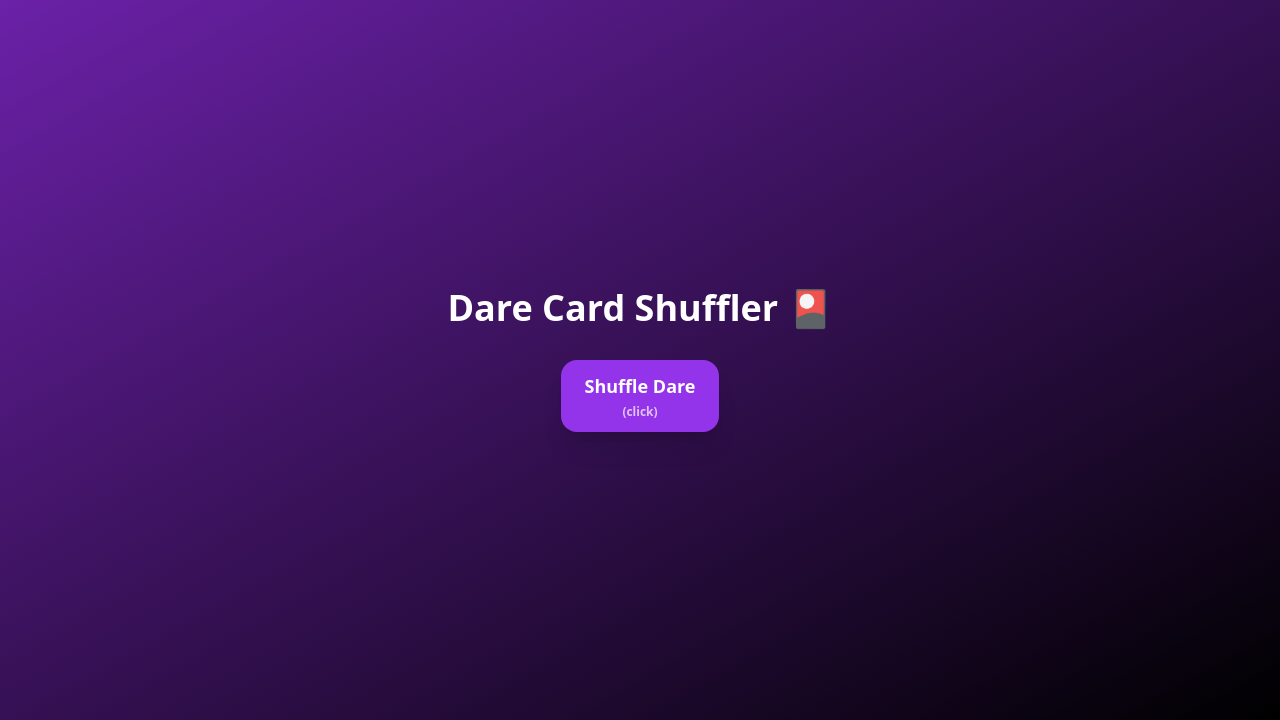
Repository: Thebilliontech/wheel-game
Page: /
An editor plug-in stored every save of this project. The page is shown before and after the next save, followed by the edit.
The browser window is 1280 px wide. The pictures show the whole page.
The project was rebuilt for these pictures with package versions that can differ from the ones it lists, and the page was loaded fresh each time. Also part of the build but not shown: vite.config.js.

Above is the page before, as saved 2025-11-27 03:09:27.

### index.html
<!DOCTYPE html>
<html lang="en">
  <head>
    <meta charset="UTF-8" />
    <meta name="viewport" content="width=device-width, initial-scale=1.0" />
    <title>Dark Wheel Dare Game</title>
  </head>
  <body class="min-h-screen">
    <div id="root"></div>
    <script type="module" src="/src/main.jsx"></script>
  </body>
</html>

### src/App.jsx
import { useState, useRef } from "react";
import { motion, AnimatePresence } from "framer-motion";

export default function DareCardGame() {
  const [result, setResult] = useState(null);
  const [shuffling, setShuffling] = useState(false);

  // Normal dares
  const dares = [
    "Kiss your three favorite body parts of a partners body.",
    "You have ten seconds pick a partner and excite just by kissing. Hint: You're not limited to lips.",
    "Imitate your most flexible sex move.",
    "Play a song you’d like to have sex to.",
    "Using your fingers, find a way to give any partner of your choice goosebumps right now.",
    "Demonstrate a move on any partner of your choice that you saw and liked while watching porn.",
    "Give  any partner of your choice a sensual massage. Start at their feet and work your way up.",
    "For the next 60 seconds, touch yourself like you’d like to touch  any partner of your choice.",
    "play a round of Never Have I Ever. First person to put down all five fingers owes the dare owner a sexual favor of their choice.",
    "Spell out a short, sultry message on  any partner of your choice body…with your tongue.",
    "Initiate a role-play scenario and make  any partner of your choice guess what your character is.",
    "listen to the same audio porn on opposite sides of the room.",
    "pour alcohol in your mouth and go down on  any partner of your choice for 15 seconds.",
    "Remove a piece of clothing from another player without using your hands.",
    "Lick the earlobes of all the players of the opposite sex.",
    "Bite the tip of the tongue from the player of opposite sex in front of you.",
    "The player on your right gets to touch your bum for 30 seconds.",
    "Go to another room, take a sexy picture and send it to one of your co-players.",
    "Take a body shot, you may choose the person. ",
    "Lick the tip of the tongue of the player in front of you (OSex).",
    "Do a French kiss with the player sitting in front of you.(OSex).",
    "Kiss any player of your choice on the mouth.",
    "Give the player to you right a body-to-body massage (30 sec). (op).",
    "Pretend to have the worst sex ever with the player on your left. (OS).",
    "Lick the neck of all the players of the opposite sex.",
    "Kiss the player in front of you on the mouth.",
    "Take a pen and paper and draw your penis/vagina.",
    "Give the group your naughtiest look. ",
    "Massage the legs of the player on your left.",
    "Look into the eyes of the player on your left and tell him/her: You make me horny/sick/sleepy.",
    "Sit on the lap of the player on your right for one round.",
    "Fake an orgasm, while simulating a sexual position.",
    "Perform a motorboat on somebody. If you are a girl let someone motorboat you.",
    "Give another player of the same sex a big kiss on the mouth.(girls only)",
    "Get blindfolded. All players of opposite sex have to kiss you and you have to guess who it is. Each wrong answer means a shot.",
    "Take one of your co-players into another room and give him/her a sensual massage. (60sec.)",
    "Seduce the player on your right.",
    "Call a sex club and apply for a job. Stay on the phone for at least 1 minute.",
    "Choose a female player and take off her bra using one hand.",
    "Suck a finger of the player in front of you, of the opposite sex. (15sec.)",
    "The player on your right has to spank you.",
    "Give the player on your right a professional erotic massage.",
  ];

  // Secret dares (hidden)
  const secretDares = [
    "pick a partner and do a quickie with them",
    "Go to a room with a partner and both of you should be naked",
    "pick two players, pick one to kiss you, another to rub your pussy/dick",
    "pick a partner to suck you",
    "pick a partner to fuck you",
  ];

  // Ref for hold timer and tracking
  const holdTimer = useRef(null);
  const holdStartTime = useRef(null);
  const secretDareActivated = useRef(false);

  const handleHoldStart = () => {
    secretDareActivated.current = false;
    holdStartTime.current = Date.now();

    holdTimer.current = setTimeout(() => {
      // 3 seconds have passed, trigger secret dare
      secretDareActivated.current = true;
      pickDare(true); // secret dare
      holdStartTime.current = null;
    }, 2000); // 3 seconds
  };

  const handleHoldEnd = () => {
    const holdDuration = holdStartTime.current ? Date.now() - holdStartTime.current : 0;

    if (holdTimer.current) {
      clearTimeout(holdTimer.current);
      holdTimer.current = null;
    }

    // If secret dare was already activated, don't trigger normal dare
    if (secretDareActivated.current) {
      secretDareActivated.current = false;
      holdStartTime.current = null;
      return;
    }

    // If held for less than 3 seconds, trigger normal dare
    if (holdStartTime.current && holdDuration < 3000) {
      pickDare(false); // normal dare
    }

    holdStartTime.current = null;
  };

  const pickDare = (secret = false) => {
    setShuffling(true);
    setResult(null);

    setTimeout(() => {
      let picked;

      if (secret) {
        picked = secretDares[Math.floor(Math.random() * secretDares.length)];
      } else {
        picked = dares[Math.floor(Math.random() * dares.length)];
      }

      setResult(picked);
      setShuffling(false);
    }, 1500);
  };

  return (
    <div className="min-h-screen w-full bg-gradient-to-br from-purple-800 to-black flex flex-col items-center justify-center p-6 text-white font-sans">

      {/* TITLE */}
      <motion.h1
        initial={{ opacity: 0, y: -20 }}
        animate={{ opacity: 1, y: 0 }}
        className="text-4xl font-bold mb-8 text-center"
      >
        Dare Card Shuffler 🎴
      </motion.h1>

      {/* SHUFFLE BUTTON */}
      <motion.button
        onMouseDown={handleHoldStart}
        onTouchStart={handleHoldStart}
        onMouseUp={handleHoldEnd}
        onMouseLeave={handleHoldEnd}
        onTouchEnd={handleHoldEnd}
        whileTap={{ scale: 0.95 }}
        className="bg-purple-600 hover:bg-purple-500 px-6 py-3 rounded-2xl shadow-xl text-lg font-semibold relative select-none"
      >
        Shuffle Dare
        <span className="block text-xs mt-1 opacity-70">(click)</span>
      </motion.button>

      {/* SHUFFLING TEXT */}
      <AnimatePresence>
        {shuffling && (
          <motion.div
            key="shuffle"
            initial={{ opacity: 0, scale: 0.5 }}
            animate={{ opacity: 1, scale: 1 }}
            exit={{ opacity: 0, scale: 0.5 }}
            className="mt-8 text-xl font-light tracking-wide"
          >
            Picking a dare...
          </motion.div>
        )}
      </AnimatePresence>

      {/* RESULT CARD */}
      <AnimatePresence>
        {result && (
          <motion.div
            key="result"
            initial={{ opacity: 0, y: 50, rotate: -5 }}
            animate={{ opacity: 1, y: 0, rotate: 0 }}
            exit={{ opacity: 0, y: 50 }}
            className="mt-10 w-72 min-h-[170px] bg-gradient-to-br from-purple-500 to-black rounded-3xl flex items-center justify-center text-2xl font-bold shadow-2xl border border-purple-300 p-6 text-center"
          >
            {result}
          </motion.div>
        )}
      </AnimatePresence>
    </div>
  );
}

### src/index.css
@tailwind base;
@tailwind components;
@tailwind utilities;

/* Smooth Dark Gradient Background */
body {
  @apply bg-gradient-to-b from-gray-900 to-black text-gray-200 min-h-screen;
}

### tailwind.config.js
/** @type {import('tailwindcss').Config} */
export default {
  content: ["./index.html", "./src/**/*.{js,jsx}"],
  theme: { extend: {} },
  plugins: [],
};

Loaded but not shown: src/main.jsx (common file)

After the next save:
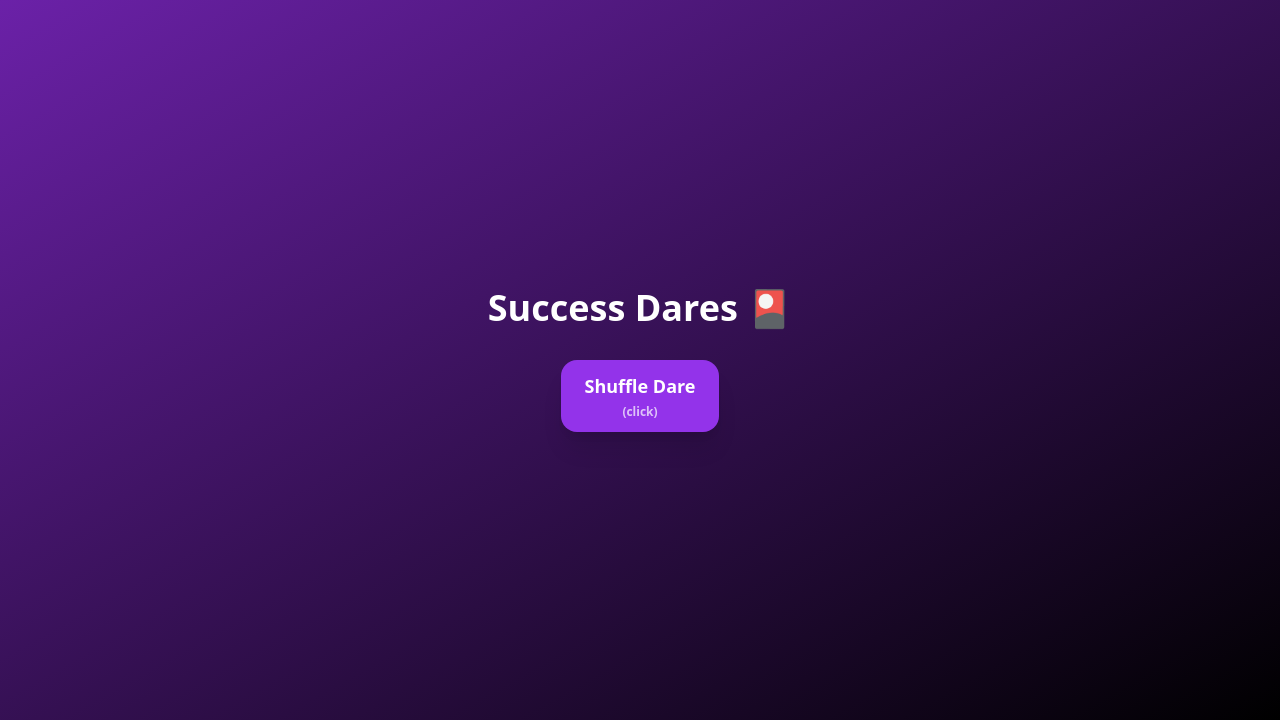
Saved 2 min 0 s later.
--- a/src/App.jsx
+++ b/src/App.jsx
@@ -127,7 +127,7 @@ export default function DareCardGame() {
         animate={{ opacity: 1, y: 0 }}
         className="text-4xl font-bold mb-8 text-center"
       >
-        Dare Card Shuffler 🎴
+        Success Dares 🎴
       </motion.h1>
 
       {/* SHUFFLE BUTTON */}
